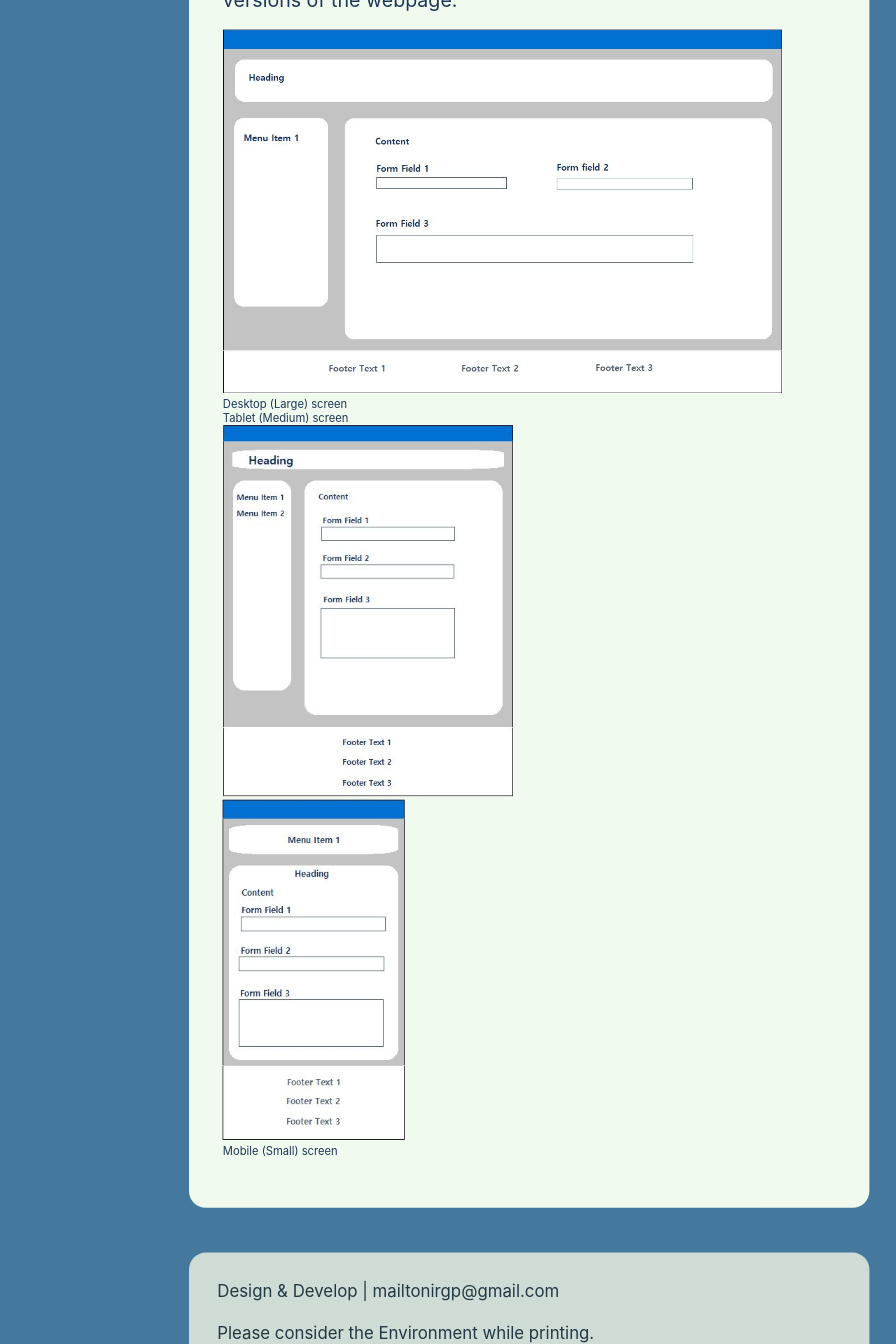
Repository: niranjangp/portfolioReact
Page: /cs-one
These files come from the project's save history. The page is drawn as it stood at one moment and after the next save; the edit follows.
The browser window is 1280 px wide. The pictures show the part of the page from y = 1059 to 2979 px (the page is 3082 px tall before and 3010 px after), at 70% of full size.
The project was rebuilt for these pictures with package versions that can differ from the ones it lists, and the page was loaded fresh each time. Also part of the build but not shown: src/pages/enterDesign.jsx, src/pages/notFound.jsx.

Above is the page before, as saved 2022-02-01 04:24:22.

After the next save:
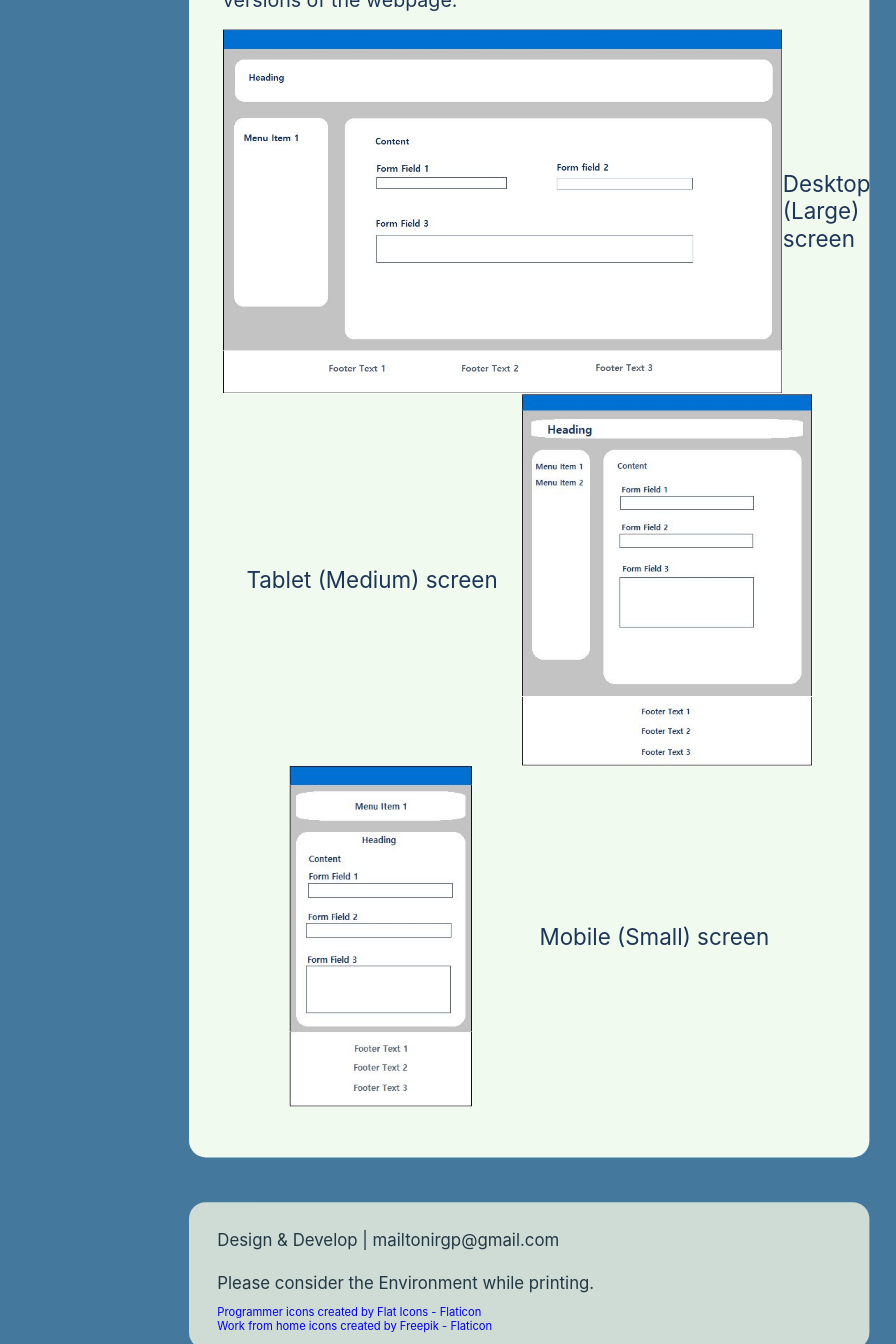
Saved 2 s later.
--- a/src/pages/csOne.jsx
+++ b/src/pages/csOne.jsx
@@ -26,9 +26,9 @@ const csOne = () => {
         <div className="pd-bt">
           <p className="csOneH">The PRODUCT</p>
           <p className="csOneC pd-bt-small">Responsive design accomodating Desktop, Tablet and Mobile versions of the webpage.</p>
-          <div><img src={MrDesk} alt="mr-screen" className='mrDesk' /><div>Desktop (Large) screen</div></div>
-          <div><div>Tablet (Medium) screen</div><img src={MrTab} alt="mr-screen" className='mrTab' /></div>
-          <div><img src={MrMob} alt="mr-screen" className='mrMob' /><div>Mobile (Small) screen</div></div>
+          <div className="flx-bx"><img src={MrDesk} alt="mr-screen" className='mrDesk' /><div>Desktop (Large) screen</div></div>
+          <div className="flx-bx"><div>Tablet (Medium) screen</div><img src={MrTab} alt="mr-screen" className='mrTab' /></div>
+          <div className="flx-bx"><img src={MrMob} alt="mr-screen" className='mrMob' /><div>Mobile (Small) screen</div></div>
         </div>
       </div>
     </div>
